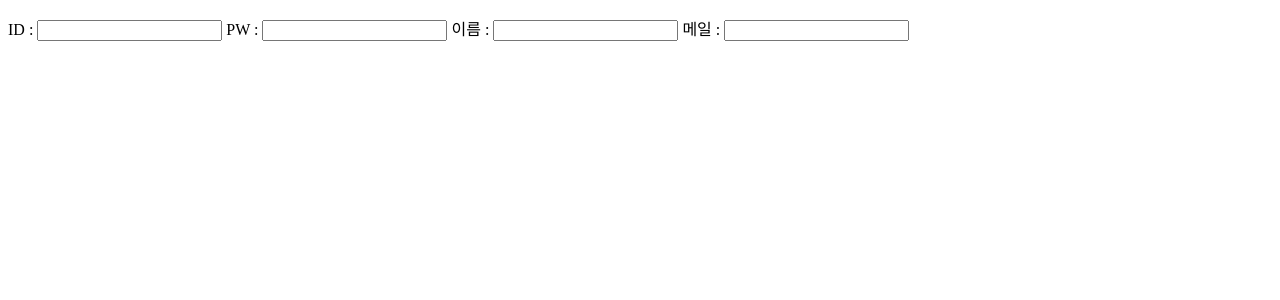
Repository: SeungwanHong/Web-jsp-
Page: http://localhost/20170404/example/join_form.jsp
The author's editor kept a copy of each file at every save. The page is drawn from the files as they stood at one save, then again after the next save.
The browser window is 1280 px wide. The pictures show the whole page.
The page is served by Tomcat 9. Other server files are loaded and not shown.

Above is the page before, as saved 2017-04-04 06:51:58.

### 20170404/WebContent/example/join_form.jsp
<%@ page language="java" contentType="text/html; charset=EUC-KR"
    pageEncoding="EUC-KR"%>
<!DOCTYPE html PUBLIC "-//W3C//DTD HTML 4.01 Transitional//EN" "http://www.w3.org/TR/html4/loose.dtd">
<html>
<head>
<meta http-equiv="Content-Type" content="text/html; charset=EUC-KR">
<title>Insert title here</title>
</head>
<body>
<p>
	<form action = "join_check.jsp" method="post" name="joinform">
		ID : <input name = "join_id">
		PW : <input name = "join_pw">
		이름 : <input name = "join_name">
		메일 : <input name = "join_email">
	</form>
</p>
</body>
</html>

After the next save:
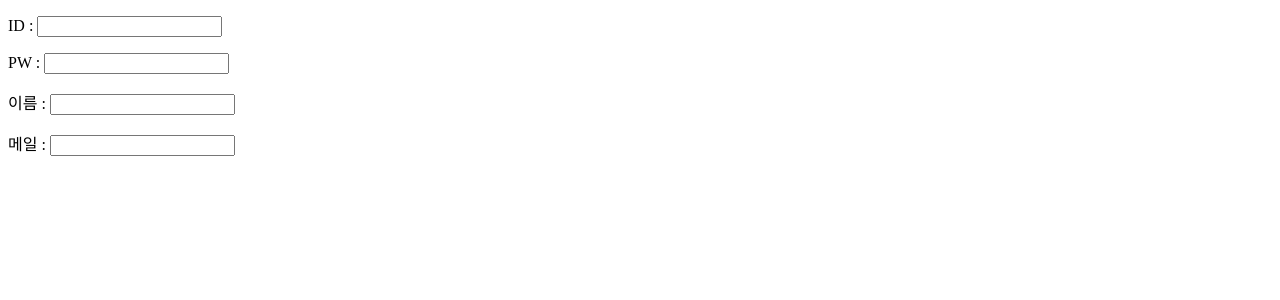
Saved 5 min 32 s later.
--- a/20170404/WebContent/example/join_form.jsp
+++ b/20170404/WebContent/example/join_form.jsp
@@ -7,13 +7,13 @@
 <title>Insert title here</title>
 </head>
 <body>
-<p>
+
 	<form action = "join_check.jsp" method="post" name="joinform">
-		ID : <input name = "join_id">
-		PW : <input name = "join_pw">
-		이름 : <input name = "join_name">
-		메일 : <input name = "join_email">
+	<p>	ID : <input name = "join_id"></p>
+	<p>	PW : <input name = "join_pw"></p>
+	<p>	이름 : <input name = "join_name"></p>
+	<p>	메일 : <input name = "join_email"></p>
 	</form>
-</p>
+
 </body>
 </html>
